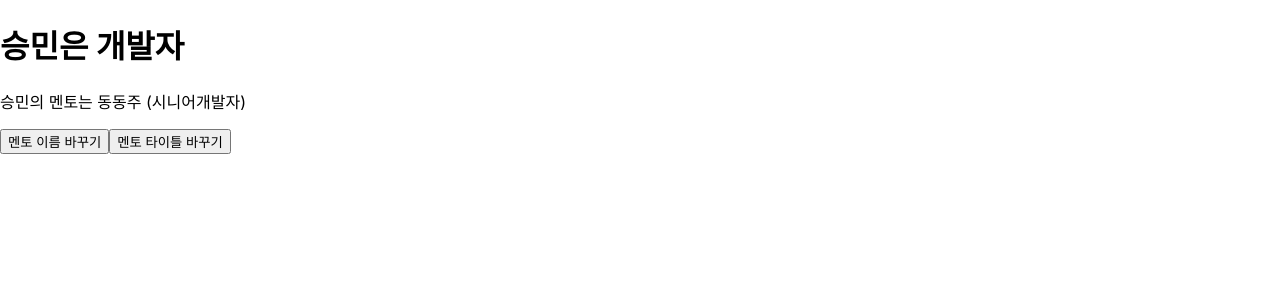
Repository: dnjfht/css-example
Page: /
The author's editor kept a copy of each file at every save. The page is drawn from the files as they stood at one save, then again after the next save.
The browser window is 1280 px wide. The pictures show the whole page.
The project was rebuilt for these pictures with package versions that can differ from the ones it lists, and the page was loaded fresh each time.

Above is the page before, as saved 2023-05-10 09:50:38.

### src/App.js
import React, { useState } from "react";

export default function App() {
  const [person, setPerson] = useState({
    name: "승민",
    title: "개발자",
    mentor: {
      name: "동동주",
      title: "시니어개발자",
    },
  });

  const ClickMentorNameChange = () => {
    const name = prompt("what's your mentor's name?");

    // const mentor = {
    //   name: name,
    //   title: person.mentor.title,
    // };
    // setPerson((prev) => ({ ...prev, mentor }));

    setPerson((prev) => ({
      ...prev,
      mentor: { ...prev.mentor, name: name },
    }));
  };

  const ClickMentorJobChange = () => {
    const title = prompt("what's your mentor's title?");

    // const mentor = {
    //   name: person.mentor.name,
    //   title: title,
    // };
    // setPerson((prev) => ({ ...prev, mentor }));

    setPerson((prev) => ({
      ...prev,
      mentor: { ...prev.mentor, title: title },
    }));
  };
  return (
    <div>
      <h1>
        {person.name}은 {person.title}
      </h1>
      <p>
        {person.name}의 멘토는 {person.mentor.name} ({person.mentor.title})
      </p>
      <button onClick={ClickMentorNameChange}>멘토 이름 바꾸기</button>
      <button onClick={ClickMentorJobChange}>멘토 타이틀 바꾸기</button>
    </div>
  );
}

Loaded but not shown: public/index.html (common file); src/index.js (common file); src/index.css (common file); src/reportWebVitals.js (common file)

After the next save:
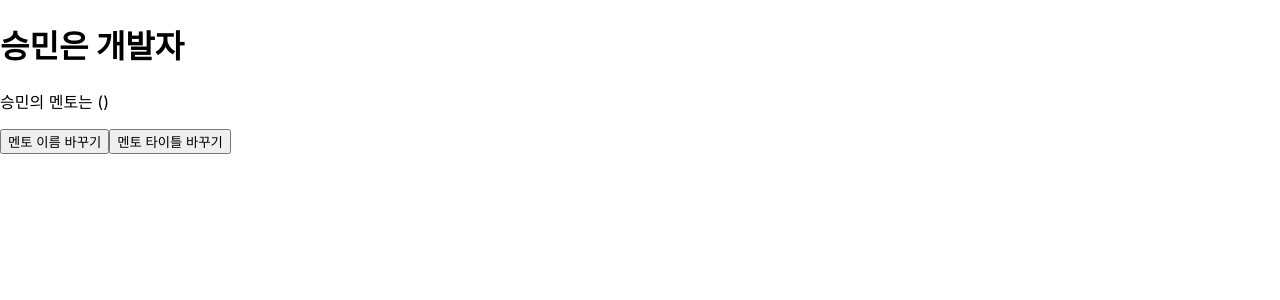
Saved 3 min 1 s later.
--- a/src/App.js
+++ b/src/App.js
@@ -4,10 +4,12 @@ export default function App() {
   const [person, setPerson] = useState({
     name: "승민",
     title: "개발자",
-    mentor: {
-      name: "동동주",
-      title: "시니어개발자",
-    },
+    mentor: [
+      {
+        name: "동동주",
+        title: "시니어개발자",
+      },
+    ],
   });
 
   const ClickMentorNameChange = () => {
